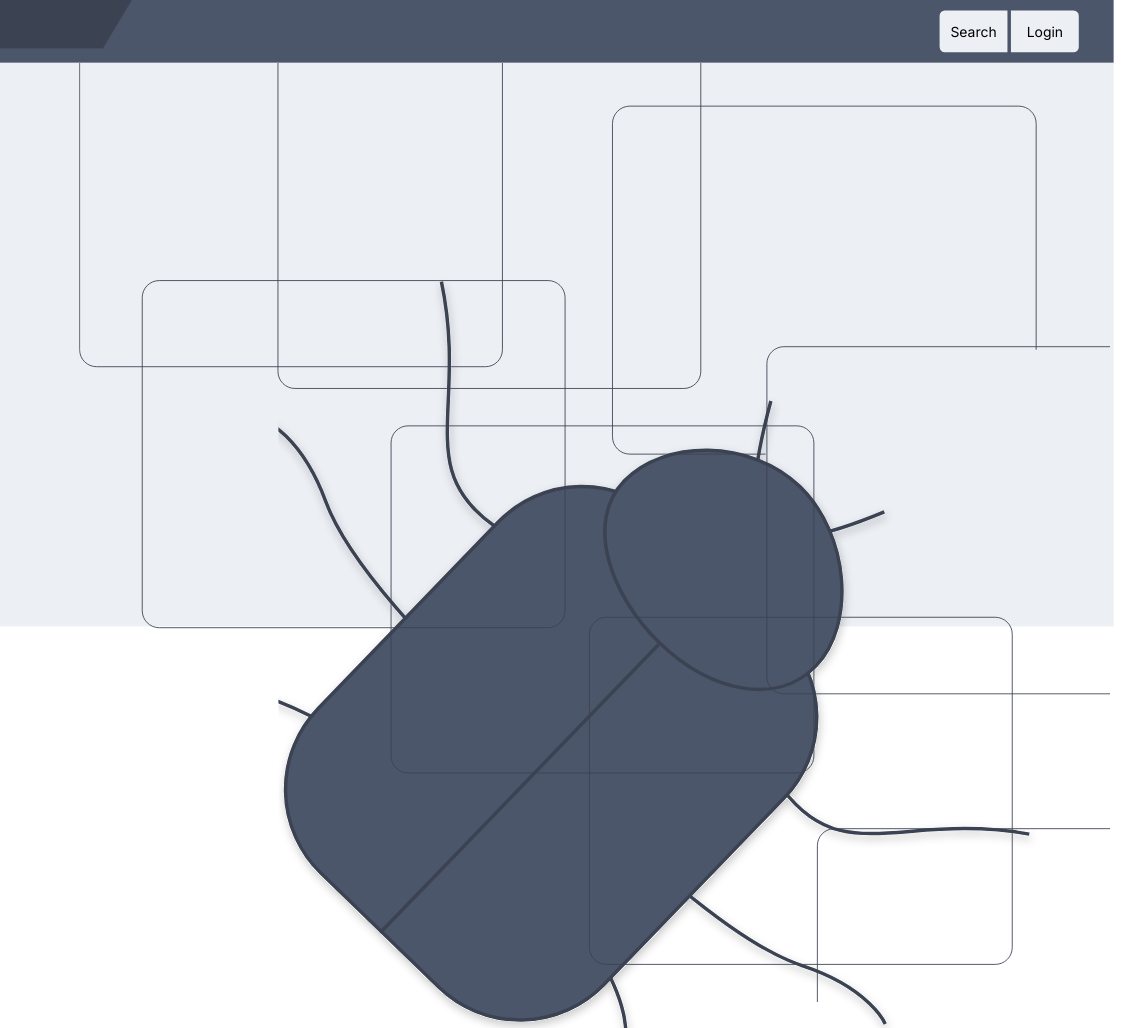
Repository: Qu4ntumGuy/project-bug
Page: /
These files come from the project's save history. The page is drawn as it stood at one moment and after the next save; the edit follows.
The browser window is 1280 px wide. The page is 1314 px wide, so the pictures cover 1314 px, including what lies to the right of the window. The pictures show the whole page, at 87% of full size.
The project was rebuilt for these pictures with package versions that can differ from the ones it lists, and the page was loaded fresh each time. The framework's server and built-in components were replaced by stand-ins that run in the browser. Also part of the build but not shown: next.config.mjs.

Above is the page before, as saved 2024-02-11 23:16:37.

### src/app/layout.js
import { Inter } from "next/font/google";
import "./globals.css";

const inter = Inter({ subsets: ["latin"] });

export default function RootLayout({ children }) {
  return (
    <html lang="en">
      <head>
        <title>Project-bug</title>
        <meta name="description" content="Description goes here." />
        <link rel="preconnect" href="https://fonts.googleapis.com" />
        <link rel="preconnect" href="https://fonts.gstatic.com" crossorigin />
        <link
          href="https://fonts.googleapis.com/css2?family=Fira+Code:wght@300;400;500;600&display=swap"
          rel="stylesheet"
        />
      </head>
      <body className={inter.className}>{children}</body>
    </html>
  );
}

### src/app/page.js
import Navbar from "@/components/Navbar";
import Image from "next/image";
import bug from "../../public/Bug.svg";
import bgdesign from "../../public/bgDesign.svg";
import bgmain from "../../public/bg-main.svg";

export default function Home() {
  const bgimg = "/Bug.svg";
  return (
    <div className="h-screen bg-[#ECEFF4] ">
      <Navbar />
      <div className="flex justify-between h-[90%]">
        <Image className="absolute left-1/4 top-1/4" src={bug} alt="bug" />
        <Image className=" absolute right-1" src={bgdesign} alt="bgdesign" />
        {/* <div className="">
          <Image src={bug} alt="bug" />
        </div>
        <div className="">
          <Image src={bgdesign} alt="bgdesign" />
        </div> */}
      </div>
    </div>
  );
}

### src/app/globals.css
@tailwind base;
@tailwind components;
@tailwind utilities;

/* :root {
  --foreground-rgb: 0, 0, 0;
  --background-start-rgb: 214, 219, 220;
  --background-end-rgb: 255, 255, 255;
} */

/* @media (prefers-color-scheme: dark) {
  :root {
    --foreground-rgb: 255, 255, 255;
    --background-start-rgb: 0, 0, 0;
    --background-end-rgb: 0, 0, 0;
  }
} */

body {
  color: rgb(var(--foreground-rgb));
  background: rgba(255, 255, 255, 1);
  font-family: 'Fira Code', monospace;
}

@font-face {
  font-family: "Fira Code";
  src: url("../../public/font/FiraCode-VariableFont_wght.ttf")
    format("truetype");
}


/* @layer utilities {
  .text-balance {
    text-wrap: balance;
  }
} */

### src/components/Navbar.js
import Image from "next/image";
import reactangle from "../../public/Rectangle 5.svg";

export default function Navbar() {
  return (
    <nav className="h-[10%] w-full bg-[#4C566A] flex justify-end">
      <div className=" absolute flex -left-1 -top-1">
        <Image
          src={reactangle}
          alt="reactangle"
          height={60}
          className=" rounded-md"
        />
      </div>
      <div className="flex m-3 w-40 mr-10 justify-between">
        <div className="flex bg-[#ECEFF4] w-full mr-1 rounded-l-md items-center justify-center align-middle">
          <button>Search</button>
        </div>
        <div className="flex bg-[#ECEFF4] w-full rounded-r-md items-center justify-center align-middle">
          <button>Login</button>
        </div>
      </div>
    </nav>
  );
}

Loaded but not shown: tailwind.config.js (common file)

After the next save:
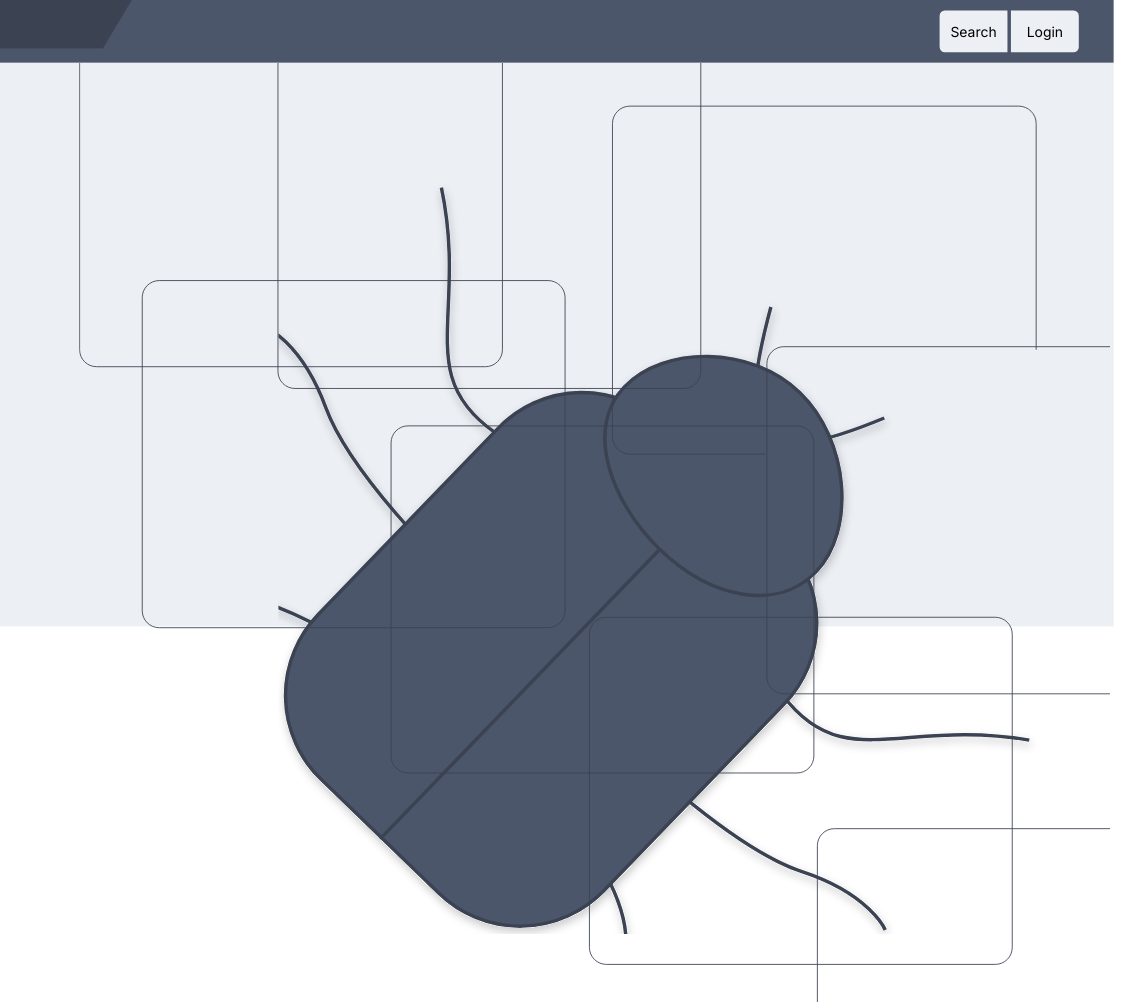
Saved 6 s later.
--- a/src/app/page.js
+++ b/src/app/page.js
@@ -10,7 +10,7 @@ export default function Home() {
     <div className="h-screen bg-[#ECEFF4] ">
       <Navbar />
       <div className="flex justify-between h-[90%]">
-        <Image className="absolute left-1/4 top-1/4" src={bug} alt="bug" />
+        <Image className="absolute left-1/4" src={bug} alt="bug" />
         <Image className=" absolute right-1" src={bgdesign} alt="bgdesign" />
         {/* <div className="">
           <Image src={bug} alt="bug" />
